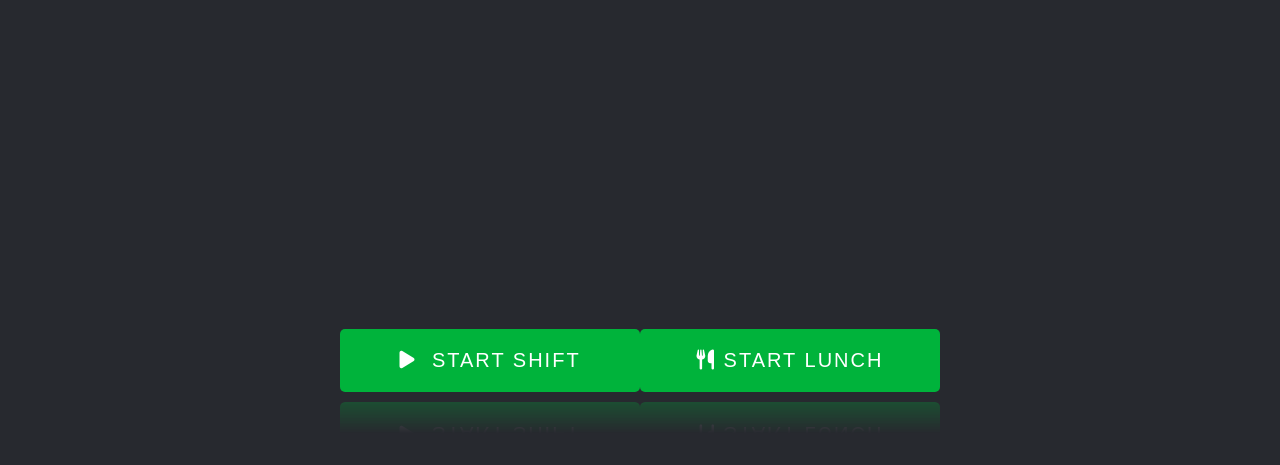
Repository: Philip-Rogers/button-state
Page: experiment.html
These files come from the project's save history. The page is drawn as it stood at one moment and after a run of saves; the edit follows.
The browser window is 1280 px wide. The pictures show the whole page.

Above is the page before, as saved 2024-08-14 14:47:49.

### experiment.html
<!DOCTYPE html>
<html lang="en">

<head>
    <meta charset="UTF-8">
    <meta name="viewport" content="width=device-width, initial-scale=1.0">
    <title>Shift and Lunch Toggle Buttons</title>
    <link rel="stylesheet" href="index.css">
    <link rel="stylesheet" href="https://cdnjs.cloudflare.com/ajax/libs/font-awesome/6.5.1/css/all.min.css"
        integrity="sha512-DTOQO9RWCH3ppGqcWaEA1BIZOC6xxalwEsw9c2QQeAIftl+Vegovlnee1c9QX4TctnWMn13TZye+giMm8e2LwA=="
        crossorigin="anonymous" referrerpolicy="no-referrer" />
</head>

<body>

    <!-- Shift Button -->
    <button id="shiftButton" class="toggle-button" onclick="toggleShift()">
        <i class="fa fa-play"></i> Start Shift
    </button>

    <!-- Lunch Button -->
    <button id="lunchButton" class="toggle-button" onclick="toggleLunch()">
        <i class="fa fa-utensils"></i> Start Lunch
    </button>

    <script>
        // Function to toggle the Shift button text and color
        function toggleShift() {
            const button = document.getElementById('shiftButton');

            if (button.innerHTML.includes('Start Shift')) {
                button.innerHTML = '<i class="fa fa-stop"></i> Stop Shift';
                button.style.backgroundColor = 'hsl(354, 70%, 54%)'; // Red for Stop Shift
            } else {
                button.innerHTML = '<i class="fa fa-play"></i> Start Shift';
                button.style.backgroundColor = 'hsl(140, 100%, 35%)'; // Green for Start Shift
            }
        }

        // Function to toggle the Lunch button text and color
        function toggleLunch() {
            const button = document.getElementById('lunchButton');

            if (button.innerHTML.includes('Start Lunch')) {
                button.innerHTML = '<i class="fa fa-stop"></i> Stop Lunch';
                button.style.backgroundColor = 'hsl(354, 70%, 54%)'; // Red for Stop Lunch
            } else {
                button.innerHTML = '<i class="fa fa-utensils"></i> Start Lunch';
                button.style.backgroundColor = 'hsl(140, 100%, 35%)'; // Green for Start Lunch
            }
        }
    </script>

</body>

</html>

### index.css
body {
    background-color: hsl(225, 9%, 17%);
    margin: auto;
    display: flex;
    justify-content: center;
    align-items: center;
    height: 100vh;
    margin: 0;
}

button {
    font-size: 1.25em;
    display: block;
    border-radius: 5px;
    /* background-color: hsl(205, 100%, 39%); */
    background-color: hsl(140, 100%, 35%);
    /* Green for Start Shift */
    color: hsl(354, 70%, 100%);
    padding: 1em 1.25em;
    width: 300px;
    cursor: pointer;
    border: none;
    text-transform: uppercase;
    letter-spacing: 0.1em;
    transition: all .2s ease-in-out;
    -webkit-box-reflect: below 10px linear-gradient(transparent, transparent, #0004);
}

#shiftButton i {
    margin-right: 8px;
}

#shiftButton.stopShift {
    background-color: hsl(354, 70%, 54%);
    /* Red for Stop Shift */
}

After the next 2 saves:
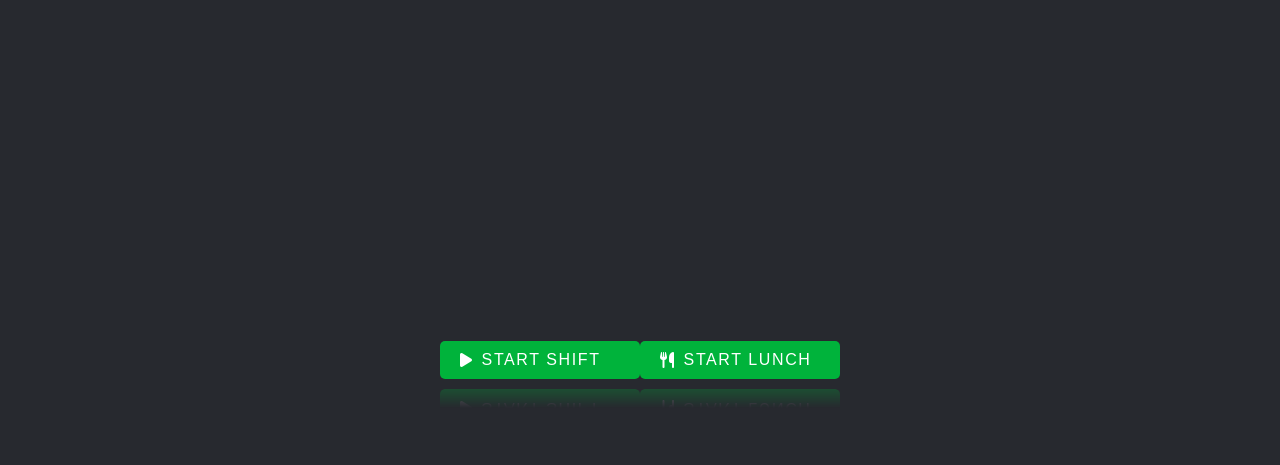
The 2 saves are shown as one change because they came seconds apart.
The last was saved 111 s later.
--- a/index.css
+++ b/index.css
@@ -34,3 +34,32 @@ button {
     background-color: hsl(354, 70%, 54%);
     /* Red for Stop Shift */
 }
+
+/* Container for the buttons to ensure they stack vertically */
+.button-container {
+    display: flex;
+    flex-direction: column;
+    align-items: flex-start; /* Align buttons to the start of the container */
+    gap: 10px; /* Space between the buttons */
+}
+
+/* Style for the toggle buttons */
+.toggle-button {
+    color: white;
+    background-color: hsl(140, 100%, 35%); /* Default green */
+    border: none;
+    padding: 10px 20px;
+    font-size: 16px;
+    cursor: pointer;
+    display: flex;
+    align-items: center;
+    width: 200px; /* Fixed width for consistency */
+}
+
+.toggle-button i {
+    margin-right: 8px;
+}
+
+.toggle-button.stop {
+    background-color: hsl(354, 70%, 54%); /* Red when in stop state */
+}
